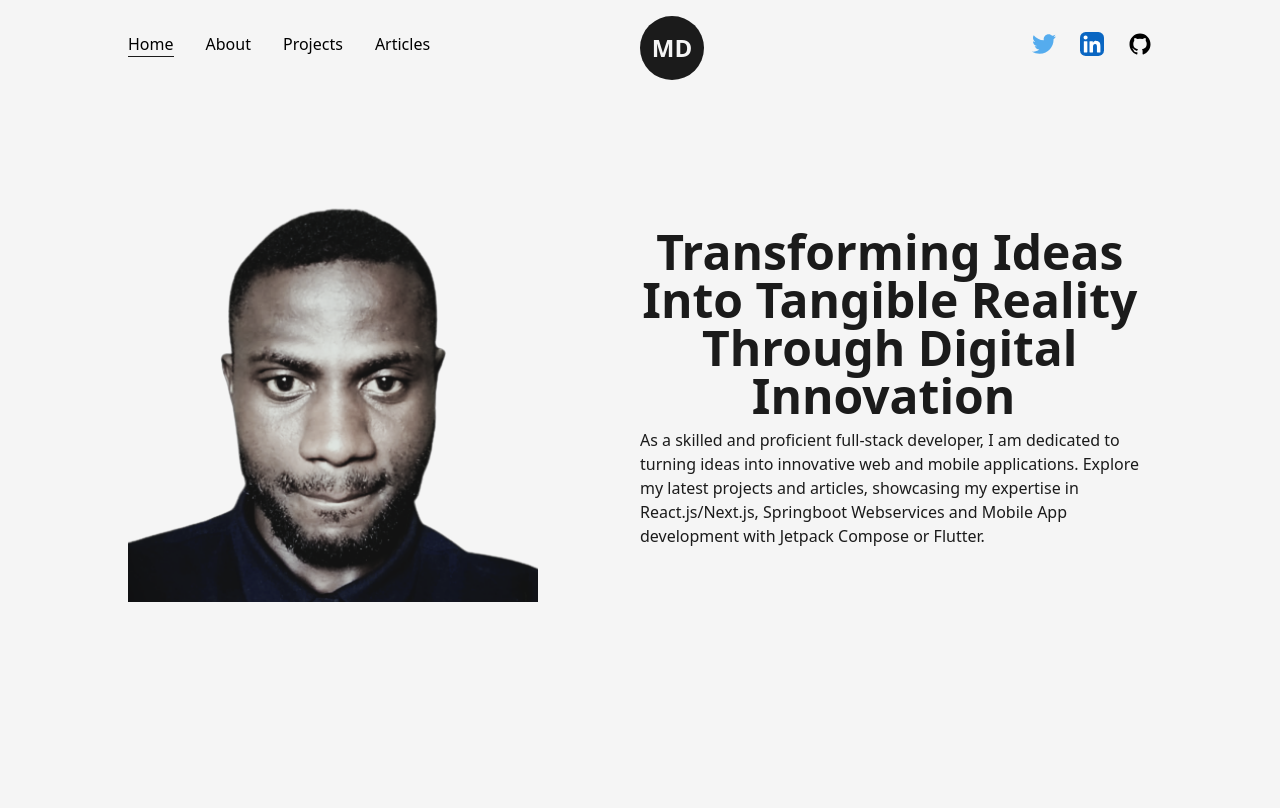
Repository: marcusdashe/situs
Page: /
These files come from the project's save history. The page is drawn as it stood at one moment and after the next save; the edit follows.
The browser window is 1280 px wide. The pictures show the whole page.
The project was rebuilt for these pictures with package versions that can differ from the ones it lists, and the page was loaded fresh each time. The framework's server and built-in components were replaced by stand-ins that run in the browser.

Above is the page before, as saved 2023-06-15 17:54:26.

### src/pages/_app.js
import Navbar from "@/components/Navbar";
import "@/styles/globals.css";
import Head from "next/head";
// import { IBM_Plex_Sans } from "next/font/google";

// const ibm = IBM_Plex_Sans({
//   subsets: ["latin"],
//   variable: "--font-mont",
// });

export default function App({ Component, pageProps }) {
  return (
    <>
      <Head>
        <meta name="viewport" content="width=device-width, initial-scale=1" />
        <link rel="icon" href="/favicon.ico" />
      </Head>
      <main className={`  bg-light w-full min-h-screen`}>
        <Navbar />
        <Component {...pageProps} />
      </main>
    </>
  );
}

### src/pages/index.js
import Head from "next/head";
import Image from "next/image";
import { Inter } from "next/font/google";
import Layout from "@/components/Layout";
import profilePic from "../../public/images/profile/developer-pic-4.png";
import AnimatedText from "../components/AnimatedText";

const inter = Inter({ subsets: ["latin"] });

export default function Home() {
  return (
    <>
      <Head>
        <title>Marcus Dashe | Portfolio</title>
        <meta name="description" content="Generated by create next app" />
      </Head>
      <main className="flex items-center text-dark w-full min-h-screen">
        <Layout className="pt-0">
          <div className=" w-full flex items-center justify-between">
            <div className="w-2/5">
              <Image
                src={profilePic}
                alt="Marcus Dashe"
                className="w-full h-auto"
              />
            </div>
            <div className="w-1/2 flex flex-col items-center self-center">
              <AnimatedText
                text="Transforming Ideas into Tangible Reality Through Digital Innovation
"
              />
              <p>
                As a skilled and proficient full-stack developer, I am dedicated
                to turning ideas into innovative web and mobile applications.
                Explore my latest projects and articles, showcasing my expertise
                in React.js/Next.js, Springboot Webservices and Mobile App
                development with Jetpack Compose or Flutter.
              </p>
            </div>
          </div>
        </Layout>
      </main>
    </>
  );
}

### src/components/Navbar.jsx
import React from "react";
import { useRouter } from "next/router";
import Link from "next/link";
import Logo from "./Logo";
import { TwitterIcon, GithubIcon, LinkedInIcon } from "./Icons";
import { motion } from "framer-motion";

const CustomLink = ({ href, title, className = "" }) => {
  const router = useRouter();

  return (
    <Link href={href} className={`${className} relative group`}>
      {title}
      <span
        className={`h-[1px] inline-block bg-dark absolute left-0 -bottom-0.5 group-hover:w-full transition-[width] ease duration-300 ${
          router.asPath === href ? "w-full" : "w-0"
        }`}
      >
        &nbsp;
      </span>
    </Link>
  );
};

const Navbar = () => {
  return (
    <header
      className="w-full px-32 py-8 font-medium
            flex items-center justify-between"
    >
      <nav>
        <CustomLink href="/" title="Home" className="mr-4" />
        <CustomLink href="/about" title="About" className="mx-4" />
        <CustomLink href="/projects" title="Projects" className="mx-4" />
        <CustomLink href="/articles" title="Articles" className="ml-4" />
      </nav>

      <nav className="flex items-center justify-center flex-wrap">
        <motion.a
          href="https://www.twitter.com/marcusdashe"
          target={"_blank"}
          whileHover={{
            y: -2,
          }}
          whileTap={{ scale: 0.9 }}
          className="w-6 mx-3"
        >
          <TwitterIcon className="" />
        </motion.a>
        <motion.a
          href="https://www.linkedin.com/in/marcus-dashe-15a088202"
          target={"_blank"}
          whileHover={{
            y: -2,
          }}
          whileTap={{ scale: 0.9 }}
          className="w-6 mx-3"
        >
          <LinkedInIcon />
        </motion.a>
        <motion.a
          href="https://www.github.com/marcusdashe"
          target={"_blank"}
          whileHover={{
            y: -2,
          }}
          whileTap={{ scale: 0.9 }}
          className="w-6 ml-3"
        >
          <GithubIcon />
        </motion.a>
      </nav>
      <div className="absolute left-[50%] top-2 translate-x-[-50]">
        <Logo />
      </div>
    </header>
  );
};

export default Navbar;

### src/styles/globals.css
@import url("https://fonts.googleapis.com/css2?family=IBM+Plex+Sans:ital,wght@0,100;0,200;0,300;1,100;1,200&family=Inter:wght@300;400;500;600;700;800;900&display=swap");

@tailwind base;
@tailwind components;
@tailwind utilities;

### src/components/Layout.jsx
import React from "react";

const Layout = ({ children, className = "" }) => {
  return (
    <div className={`${className} w-full inline-block z-0 bg-light p-32  `}>
      {children}
    </div>
  );
};

export default Layout;

### src/components/AnimatedText.jsx
import React from "react";

const AnimatedText = ({ text, className = "" }) => {
  return (
    <div className="w-full mx-auto py-2 flex items-center justify-center text-center overflow-hidden ">
      <h1
        className={`inline-block w-full text-dark font-bold capitalize text-5xl ${className}`}
      >
        {text.split(" ").map((word, index) => (
          <span key={index} className="inline-block">
            {word}&nbsp;
          </span>
        ))}
      </h1>
    </div>
  );
};

export default AnimatedText;

### src/components/Logo.jsx
"use client";

import React from "react";
import Link from "next/link";
import { motion } from "framer-motion";

const MotionLink = motion(Link);

const Logo = () => {
  return (
    <div className="flex items-center justify-center mt-2">
      <MotionLink
        href="/"
        className="w-16 h-16 bg-dark text-light flex items-center
        justify-center rounded-full text-2xl font-bold hover
      "
        whileHover={{
          scale: 1.5,
          backgroundColor: [
            "#121212",
            "rgba(131,58,180,1)",
            "rgba(253,29,29,1)",
            "rgba(252,176,69,1)",
            "rgba(131,58,180,1)",
            "#121212",
          ],
          transition: {
            duration: 1,
            repeat: Infinity,
          },
        }}
      >
        MD
      </MotionLink>
    </div>
  );
};

export default Logo;

Loaded but not shown: tailwind.config.js (27 lines, source omitted); src/components/Icons.jsx (463 lines, source omitted)

After the next save:
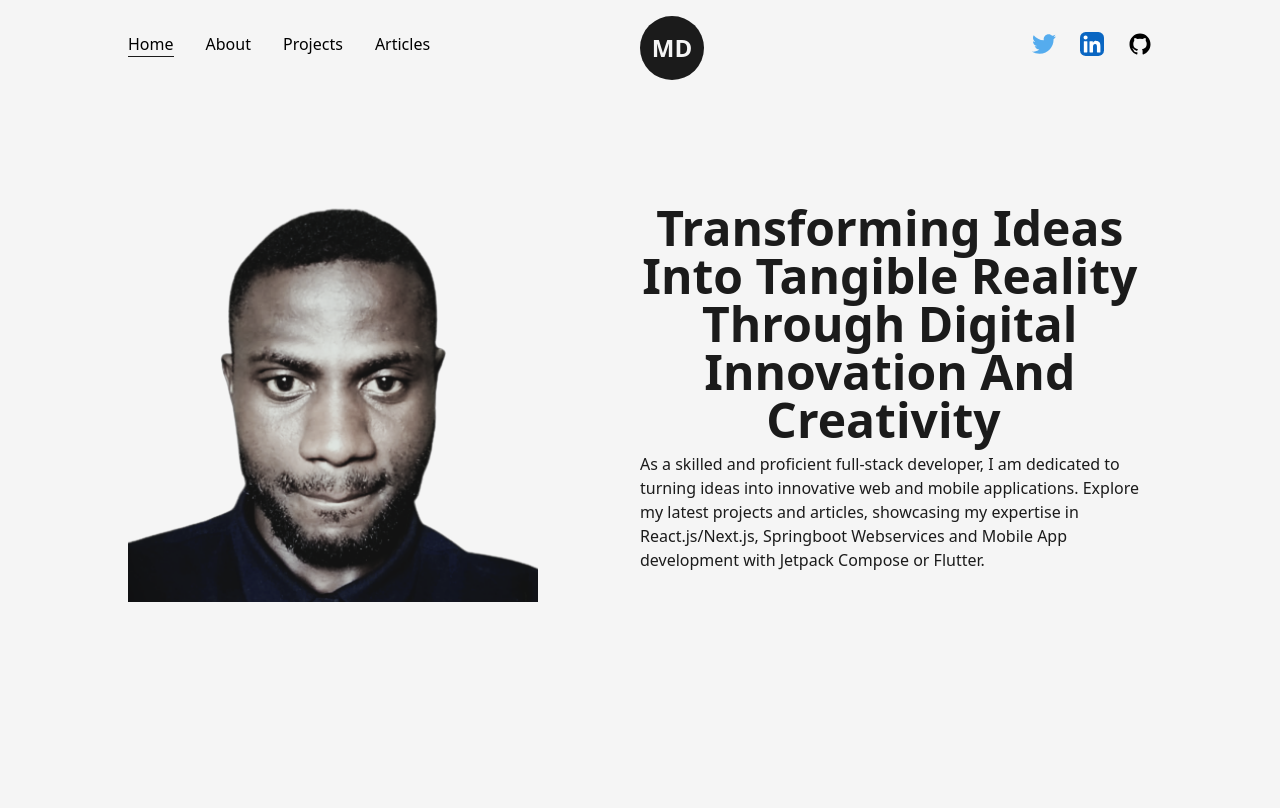
Saved 41 s later.
--- a/src/pages/index.js
+++ b/src/pages/index.js
@@ -26,7 +26,7 @@ export default function Home() {
             </div>
             <div className="w-1/2 flex flex-col items-center self-center">
               <AnimatedText
-                text="Transforming Ideas into Tangible Reality Through Digital Innovation
+                text="Transforming Ideas into Tangible Reality Through Digital Innovation and Creativity
 "
               />
               <p>
